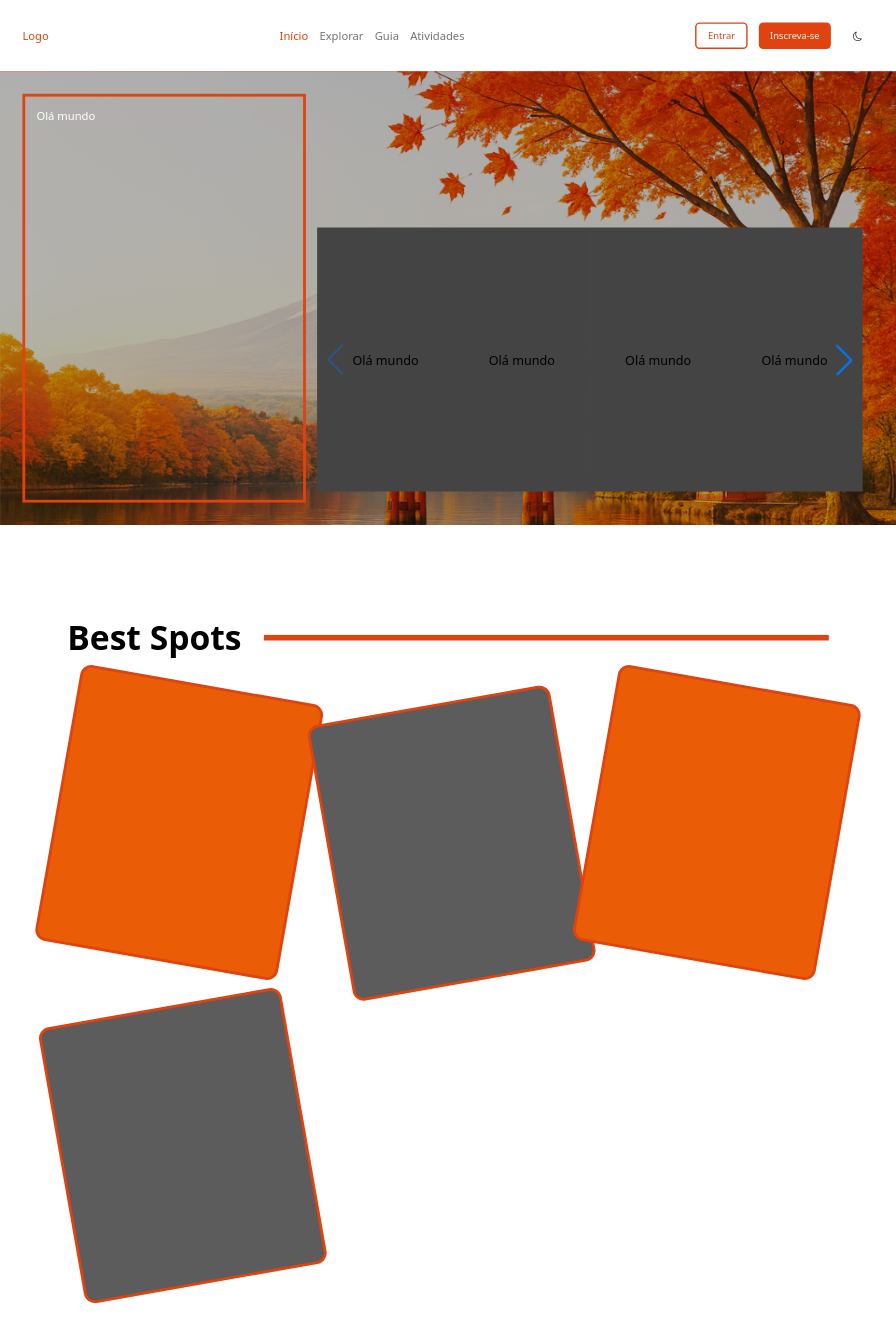
Repository: pedroantoniosi/readleaf--site
Page: /
The author's editor kept a copy of each file at every save. The page is drawn from the files as they stood at one save, then again after the next save.
The browser window is 1280 px wide. The pictures show the part of the page from y = 0 to 1920 px (the page is 5163 px tall), at 70% of full size.
The project was rebuilt for these pictures with package versions that can differ from the ones it lists, and the page was loaded fresh each time. Also part of the build but not shown: vite.config.ts.

Above is the page before, as saved 2025-11-27 20:10:01.

### index.html
<!doctype html>
<html lang="en">

<head>
  <meta charset="UTF-8" />
  <link rel="icon" type="image/svg+xml" href="/vite.svg" />
  <meta name="viewport" content="width=device-width, initial-scale=1.0" />
  <title>Redleaf | Japanese Traveling</title>
  <link rel="stylesheet" href="https://cdn.jsdelivr.net/npm/bootstrap-icons@1.13.1/font/bootstrap-icons.min.css">
</head>

<body>
  <div id="root"></div>
  <script type="module" src="/src/main.tsx"></script>
</body>




</html>

### src/main.tsx
import { StrictMode } from "react";
import { createRoot } from "react-dom/client";
import "./index.css";
import "./reset.css";
import App from "./App.tsx";

createRoot(document.getElementById("root")!).render(
  <StrictMode>
    <App />
  </StrictMode>
);

### src/index.css
:root {
  font-family: system-ui, Avenir, Helvetica, Arial, sans-serif;
  font-weight: 400;
  color-scheme: light dark;
  color: rgba(255, 255, 255, 0.87);
  background-color: var(--light);
  font-synthesis: none;
  text-rendering: optimizeLegibility;
  -webkit-font-smoothing: antialiased;
  -moz-osx-font-smoothing: grayscale;
  --primaryColor: #DF430F;
  --light: #fff;
  --dark: #000;
  --textColor: hwb(0 100% 20%);
  --titleColor: hwb(0 100% 0%);

}

:root[data-theme="dark"] {
  --light: #080903;
  --dark: #fff;

  & .homeContainer {

    & .bannerBackground {
      background-image: url("./assets/banner-dark.png");
    }
  }
}

body {
  background-color: var(--light);
  color: var(--dark);
}

### src/App.tsx
import Home from "./pages/home/home";

function App() {
  return (
    <>
      <Home />
    </>
  );
}

export default App;

### src/pages/home/home.tsx
// import styles from "./Index.module.css";
import Navbar from "../../components/Navbar/Index";
import SwiperNav from "../../components/SliderNavigation/Index";
import styles from "./index.module.css";
import TemplateAuto from "../../components/Template/template-auto";
import TemplateGrid from "../../components/Template/template-grid";
import Container from "../../components/Container/Index";
import Banner from "../../assets/banner.png";
import About from "../../assets/tour.png";
// Hooks
import { useIsMobile } from "../../hooks/useIsMobile";
// Imagens

// import Button from "../../components/Button/Index";

const Home = () => {
  const isMobile = useIsMobile();
  return (
    <>
      <Navbar />
      {/* Lorem ipsum dolor sit amet consectetur, adipisicing elit. Labore, repellat? */}
      <section className={styles.heroContainer}>
        <img className={styles.heroBanner} src={Banner} alt="" />
        <Container className={styles.heroContent}>
          <div className={styles.bbb}>Olá mundo</div>
          <div className={styles.ccc}>
            <SwiperNav sliderNumber={isMobile ? 1.5 : 4}>Olá mundo</SwiperNav>
          </div>
        </Container>
      </section>
      {/* Lorem ipsum dolor sit amet consectetur, adipisicing elit. Labore, repellat? */}

      {/* Lorem ipsum dolor sit amet consectetur, adipisicing elit. Labore, repellat? */}
      <section className={styles.tourContent}>
        <Container>
          <div className={styles.sectionHeader}>
            <h2 className={styles.sectionTitle}>Best Spots</h2>
            <div className={styles.sectionLine}></div>
          </div>
          <TemplateAuto
            mode="auto-fit"
            minWidth="300px"
            minHeight="400px"
            gap="2rem"
          >
            <div className={styles.card}></div>
            <div className={styles.card}></div>
            <div className={styles.card}></div>
            <div className={styles.card}></div>
          </TemplateAuto>
        </Container>
      </section>
      {/* Best Hotels Section */}
      <section>
        <Container>
          <div className={styles.sectionHeader}>
            <h2 className={styles.sectionTitle}>Best Hotels</h2>
            <div className={styles.sectionLine}></div>
          </div>
          <TemplateAuto mode="auto-fit" minWidth="unset" minHeight="600px">
            <SwiperNav sliderNumber={isMobile ? 1 : 4}>Olá mundo</SwiperNav>
          </TemplateAuto>
        </Container>
      </section>
      {/* Top Places Section */}
      <section>
        <Container>
          <div className={styles.sectionHeader}>
            <h2 className={styles.sectionTitle}>Top Places</h2>
            <div className={styles.sectionLine}></div>
          </div>
          <TemplateAuto mode="auto-fit" minWidth="unset" minHeight="600px">
            <SwiperNav sliderNumber={isMobile ? 1.5 : 4}>Olá mundo</SwiperNav>
          </TemplateAuto>
        </Container>
      </section>

      {/* Lorem ipsum dolor sit amet consectetur, adipisicing elit. Labore, repellat? */}
      <section className={styles.packagesContainer}>
        <Container>
          <div className={styles.sectionHeader}>
            <h2 className={styles.sectionTitle}>More Information</h2>
            <div className={styles.sectionLine}></div>
          </div>
          <TemplateGrid columns="10fr 6fr 6fr" gap="2rem">
            <div className={styles.card}></div>
            <div className={styles.card}></div>
            <div className={styles.card}></div>
          </TemplateGrid>
        </Container>
      </section>
      {/* Lorem ipsum dolor sit amet consectetur, adipisicing elit. Labore, repellat? */}
      <section className={styles.aboutContainer}>
        <Container>
          <div className={styles.sectionHeader}>
            <h2 className={styles.sectionTitle}>About The Tour</h2>
            <div className={styles.sectionLine}></div>
          </div>
          <div className="row-md gap-2">
            <div className="flex-1 row align-end">
              <div className={styles.aboutCaption}>
                <p className={styles.text}>
                  Lorem ipsum dolor sit, amet consectetur adipisicing elit.
                  Temporibus illum, repudiandae placeat adipisci sapiente ipsa
                  non consectetur voluptas obcaecati recusandae quis eos
                  aperiam, aliquam fugit distinctio minima, alias saepe omnis.
                </p>
              </div>
            </div>
            <div className={styles.aboutBanner}>
              <img src={About} alt="" />
            </div>
          </div>
        </Container>
      </section>
    </>
  );
};

export default Home;

### src/components/Navbar/Index.tsx
import styles from "./Index.module.css";
import Button from "../Button/Index";
import Container from "../Container/Index";
import { useState, useEffect } from "react";

type modeTheme = "dark" | "light";

const Navbar = () => {
  const [theme, setTheme] = useState<modeTheme>("light");

  function handleClick(e: React.MouseEvent<HTMLButtonElement>) {
    e.preventDefault();
    setTheme((prev) => (prev === "dark" ? "light" : "dark"));
    console.log("Tema alterado para:", theme === "dark" ? "light" : "dark");
  }

  useEffect(() => {
    document.documentElement.setAttribute("data-theme", theme);
  }, [theme]);

  return (
    <nav className={styles.navbar}>
      <Container className="row gap-1 justify-between align-center">
        <div className="logo">Logo</div>

        <ul className="nav-list row gap-1">
          <li className={styles.navLink}>Início</li>
          <li className={styles.navLink}>Explorar</li>
          <li className={styles.navLink}>Guia</li>
          <li className={styles.navLink}>Atividades</li>
        </ul>

        <div className="row gap-1">
          <Button className={styles.buttonRegister} text="Entrar" />
          <Button className={styles.buttonLogin} text="Inscreva-se" />
          <Button
            aria-label="Mudar Tema"
            className="bi bi-moon"
            text=""
            onClick={handleClick}
          />
        </div>
      </Container>
    </nav>
  );
};

export default Navbar;

### src/components/SliderNavigation/Index.tsx
import React from "react";

interface swiperProps {
  sliderNumber: number;
  children?: React.ReactNode;
}

// Swiper
import { Swiper, SwiperSlide } from "swiper/react";
import { Navigation } from "swiper/modules";

// Estilos obrigatórios
import "swiper/css";
import "swiper/css/navigation";

import styles from "./index.module.css";

const SwiperNav = ({ sliderNumber, children }: swiperProps) => {
  return (
    <Swiper
      navigation={true}
      modules={[Navigation]}
      className={styles.mySwiper}
      slidesPerView={sliderNumber}
    >
      {Array.from({ length: 9 }).map((_, i) => (
        <SwiperSlide key={i} className={styles.swiperSlider}>
          {children}
        </SwiperSlide>
      ))}
    </Swiper>
  );
};

export default SwiperNav;

### src/pages/home/index.module.css
@import "../../index.css";


/* Default Styles */
.sectionHeader {
    margin: 2rem 0 1rem 0;
    display: flex;
    align-items: center;
    gap: 2rem;
    padding: 1rem;
    width: 100%;
    align-items: stretch;
}

.sectionHeader .sectionTitle {
    font-size: 3rem;
    font-weight: 600;

}

.sectionHeader .sectionLine {
    position: relative;
    flex: 1;


    &::after {
        position: absolute;
        content: ' ';
        width: 100%;
        height: .5rem;
        background-color: var(--primaryColor);
        top: 50%;
        transform: translateY(-50%);
    }
}

/* Home Styles */
.heroContainer {
    position: relative;
    display: grid;
    height: 100svh;

    & img {
        z-index: 1;
        filter: brightness(70%);
    }

    & .heroBanner {
        position: absolute;
        width: 100%;
        height: 100%;
        left: 0;
        bottom: 0;
    }

    & .heroContent {
        padding: 2rem;
        display: flex;
        flex-direction: column;
        overflow: hidden;

        & .bbb {
            padding: 1rem;
            color: var(--light);
            z-index: 2;
        }

        & .ccc {
            padding: 1rem;
            max-height: 70%;
            height: 100%;
            overflow: hidden;
            margin-top: auto;
            background-color: red;
        }
    }
}

.tourContent {
    & .card {
        background-color: red;
    }
}


& .card {
    padding: 1rem;
    border: 4px solid var(--primaryColor);
    border-radius: 1rem;
}


.packagesContainer {
    & .card {
        min-height: 600px;
    }
}

.aboutContainer {
    & .aboutCaption {
        & .text {
            max-width: 600px;
        }
    }
}

:root[data-theme="dark"] {}


@media (min-width: 1024px) {
    .heroContainer {
        position: relative;
        display: grid;
        height: 90svh;

        & .heroBanner {
            position: absolute;
            width: 100%;
            height: 100%;
            left: 0;
            bottom: 0;
        }

        & .heroContent {
            padding: 2rem;
            display: grid;
            grid-template-columns: 6fr 12fr;
            background-color: red;

            & .bbb {
                width: 100%;
                border: 4px solid var(--primaryColor);
                color: var(--light);
            }

            & .ccc {
                max-height: 70%;
                height: 100%;
                overflow: hidden;
                margin-top: auto;
            }
        }
    }

    .tourContent {
        padding: 4rem;


        & .card {
            position: relative;
            padding: 1rem;
            border-radius: 1rem;
        }

        & .card:nth-child(odd) {
            background: #EA5C06;
            transform: rotate(10deg);
        }

        & .card:nth-child(even) {
            background: #5c5c5c;
            transform: rotate(-10deg) translateY(30px);
        }
    }

    .aboutContainer {
        & img {
            max-width: 768px;
        }
    }
}

### src/components/Template/template-auto.tsx
import styles from "./index.module.css";

interface AutoGridProps {
  mode: "auto-fill" | "auto-fit";
  minWidth: string;
  minHeight?: string;
  gap?: string;
  children?: React.ReactNode;
  className?: string;
}

const AutoGrid = ({
  mode,
  minWidth,
  minHeight,
  gap = "1rem",
  children,
  className,
}: AutoGridProps) => {
  return (
    <div
      className={`${styles.grid} ${className || ""}`}
      style={{
        gridTemplateColumns: `repeat(${mode}, minmax(${minWidth}, 1fr))`,
        gridAutoRows: `${minHeight}`,
        gap,
      }}
    >
      {children}
    </div>
  );
};

export default AutoGrid;

### src/components/Template/template-grid.tsx
import styles from "./index.module.css";

interface TemplateProps {
  columns: string;
  rows?: string;
  gap?: string;
  children?: React.ReactNode;
  className?: string; // classes adicionais
}

const Grid = ({ columns, rows, gap = "1rem", children }: TemplateProps) => {
  return (
    <div
      className={styles.grid}
      style={{
        gridTemplateColumns: `${columns}`,
        gridAutoRows: rows,
        gap,
      }}
    >
      {children}
    </div>
  );
};

export default Grid;

### src/components/Container/Index.tsx
import styles from "./Index.module.css";

interface ContainerProps {
  className?: string;
  children?: React.ReactNode;
}

const Container = ({ className, children }: ContainerProps) => {
  return (
    <div
      className={`${styles["container"]} ${className ? className : ""}`.trim()}
    >
      {children}
    </div>
  );
};

export default Container;

### src/hooks/useIsMobile.tsx
// src/hooks/useIsMobile.ts
import { useEffect, useState } from "react";

export function useIsMobile(breakpoint = 768) {
  const [isMobile, setIsMobile] = useState(false);

  useEffect(() => {
    const check = () => setIsMobile(window.innerWidth < breakpoint);
    check();
    window.addEventListener("resize", check);
    return () => window.removeEventListener("resize", check);
  }, [breakpoint]);

  return isMobile;
}

### src/components/Navbar/index.module.css
@import "../../index.css";

.navbar {
    display: flex;
    flex-wrap: wrap;
    padding: 1rem;
    color: var(--primaryColor);
    font-weight: 500;

    & .navLink {
        color: #747474;

        &:nth-of-type(1) {
            color: var(--primaryColor);
        }
    }

    & .buttonRegister {
        border: 2px solid var(--primaryColor);
        color: var(--primaryColor);
    }

    & .buttonLogin {
        background-color: var(--primaryColor);
        color: var(--light);
    }
}


:root[data-theme="dark"] {
    .navLink {
        color: #fff;

        &:nth-of-type(1) {
            color: var(--primaryColor);
        }
    }

    & .buttonLogin {
        color: #fff;
    }
}

### src/components/Button/Index.tsx
import styles from "./Index.module.css";
import { ButtonHTMLAttributes } from "react";

interface ButtonProps extends ButtonHTMLAttributes<HTMLButtonElement> {
  text?: string; // Texto opcional (permite usar apenas ícones)
  className?: string; // Classes adicionais
}

const Button = ({ text, className, children, ...rest }: ButtonProps) => {
  return (
    <button
      className={`${styles.button} ${className ?? ""}`.trim()}
      {...rest} // onClick, aria-label, type, disabled, etc.
    >
      {text || children}
    </button>
  );
};

export default Button;

### src/components/SliderNavigation/index.module.css
.mySwiper {
    width: 100%;
    height: 100%;
}

.swiperSlider {
    text-align: center;
    font-size: 18px;
    background: #444;
    display: flex;
    justify-content: center;
    align-items: center;
}

### src/components/Template/index.module.css
.grid {
    display: grid;
    width: 100%;
}

@media (max-width: 768px) {
    .grid {
        grid-template-columns: 1fr !important;
    }
}

### src/components/Container/index.module.css
@import "../../index.css";

.container {
    padding: 1rem;
    width: 100%;
    margin: 0 auto;
    max-width: 1660px;
}

### src/components/Button/index.module.css
.button {
    width: fit-content;
    padding: .5rem 1rem;
    border-radius: .4rem;
}

Loaded but not shown: src/reset.css (813 lines, source omitted)

After the next save:
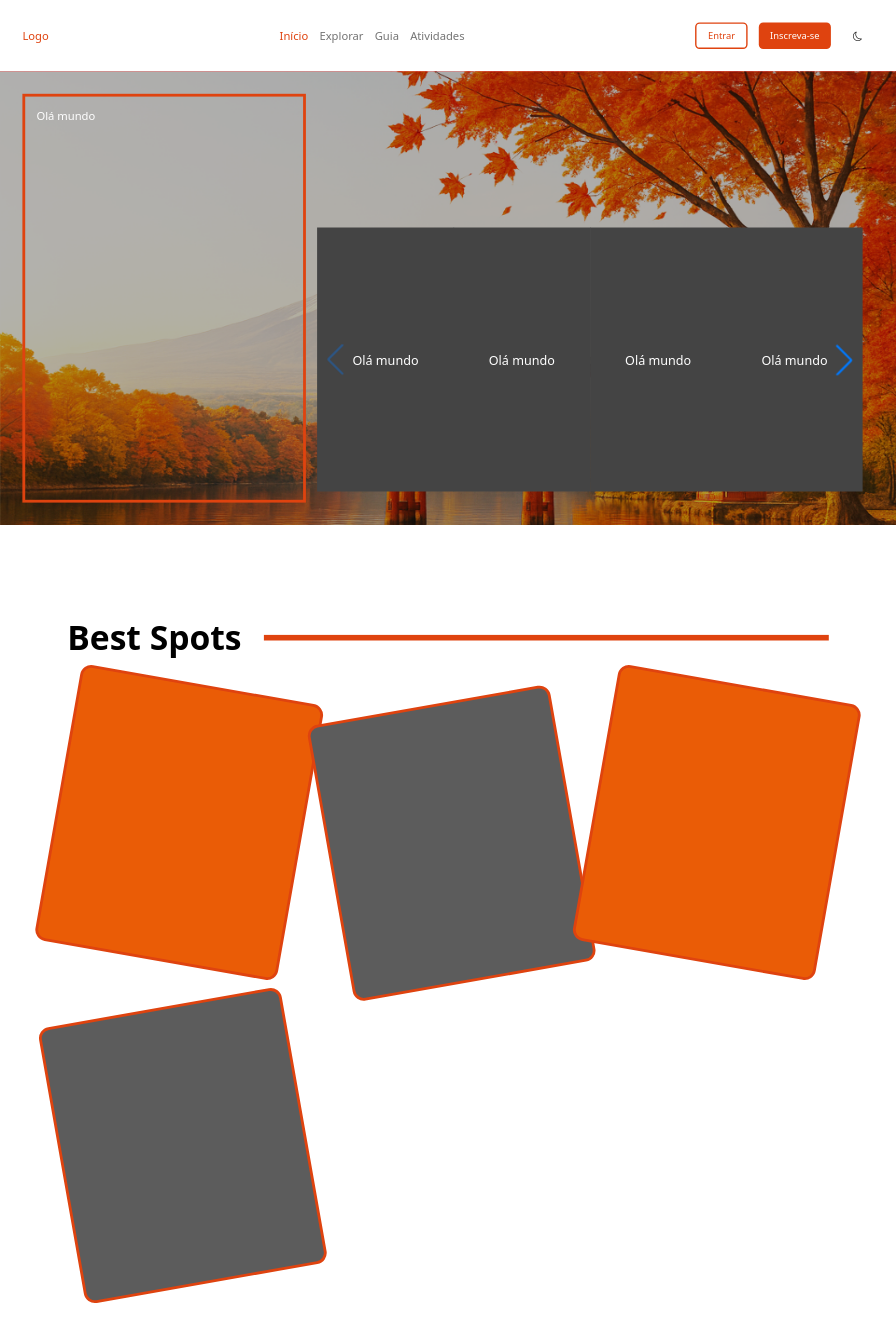
Saved 76 s later.
--- a/src/components/SliderNavigation/index.module.css
+++ b/src/components/SliderNavigation/index.module.css
@@ -10,4 +10,5 @@
     display: flex;
     justify-content: center;
     align-items: center;
+    color: var(--titleColor);
 }
